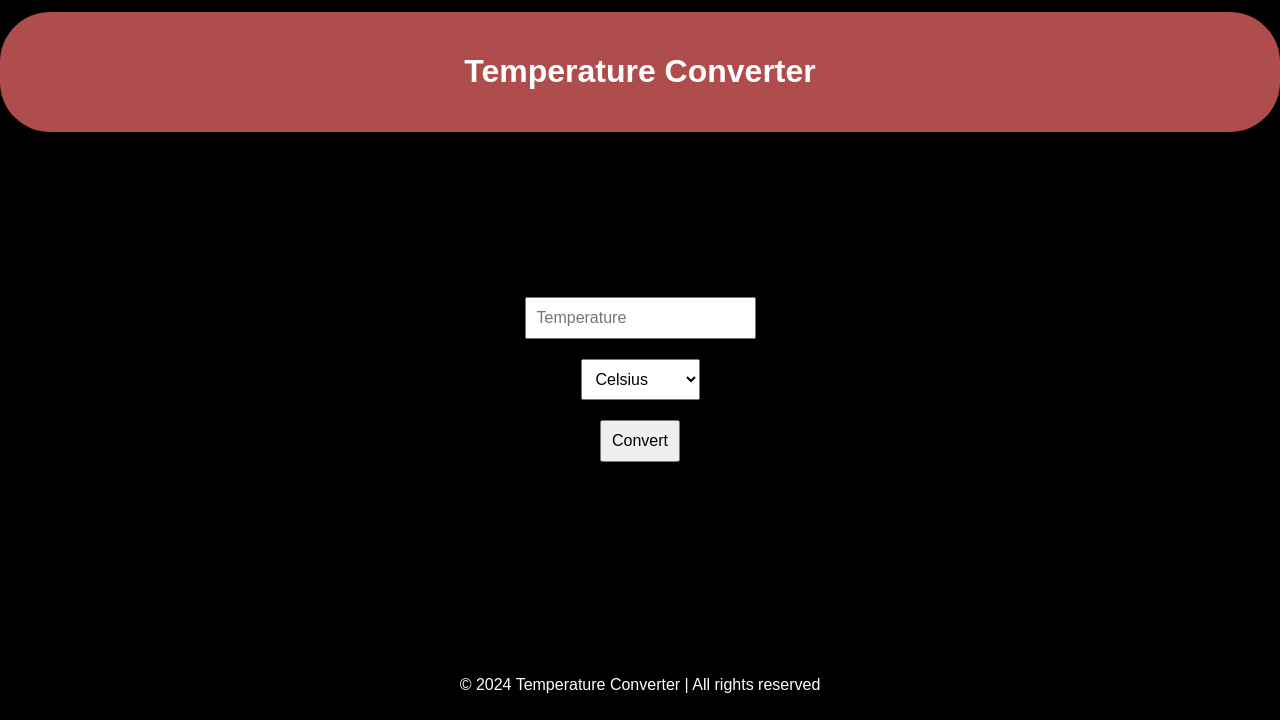
Repository: akhiranandan-04/Temperature-Converter
Page: index.html
The author's editor kept a copy of each file at every save. The page is drawn from the files as they stood at one save, then again after a run of saves.
The browser window is 1280 px wide. The pictures show the whole page.

Above is the page before, as saved 2024-10-19 13:14:41.

### index.html
<!DOCTYPE html>
<html lang="en">
<head>
    <meta charset="UTF-8">
    <meta name="viewport" content="width=device-width, initial-scale=1.0">
    <title>Temperature Converter</title>
    <link rel="stylesheet" href="style.css">
</head>
<body>
    <header>
        <h1>Temperature Converter</h1>
    </header>

    <div class="converter">
        <label for="tempInput">Enter Temperature:</label>
        <input type="number" id="tempInput" placeholder="Temperature">

        <select id="tempType">
            <option value="C">Celsius</option>
            <option value="F">Fahrenheit</option>
        </select>

        <button onclick="convertTemp()">Convert</button>

        <p id="result"></p>
    </div>

    <footer>
        <p>&copy; 2024 Temperature Converter | All rights reserved</p>
    </footer>

    <script src="script.js"></script>
</body>
</html>

### style.css
body {
    font-family: Arial, sans-serif;
    display: flex;
    flex-direction: column;
    justify-content: space-between;
    min-height: 100vh;
    margin: 0;
    background-color: black;
}

header {
    text-align: center;
    background-color: #af4c4c;
    padding: 20px;
    color: white;
    border-radius: 50px;
    margin-top: 12px;
}

.converter {
    display: flex;
    flex-direction: column;
    align-items: center;
    justify-content: center;
    flex: 1;
    background-color:black;
}

.converter input, .converter select, .converter button {
    margin: 10px;
    padding: 10px;
    font-size: 16px;
}

.converter p {
    font-size: 20px;
    font-weight: bold;
}

footer {
    text-align: center;
    padding: 10px;
    background-color: black;
    color: white;
}

### script.js
function convertTemp() {
    let temp = document.getElementById('tempInput').value;
    let tempType = document.getElementById('tempType').value;
    let resultText = '';

    if (temp === '') {
        resultText = 'Please enter a temperature!';
    } else {
        temp = parseFloat(temp);
        if (tempType === 'C') {
            // Celsius to Fahrenheit
            let convertedTemp = (temp * 9/5) + 32;
            resultText = `${temp}°C is ${convertedTemp.toFixed(2)}°F`;
        } else if (tempType === 'F') {
            // Fahrenheit to Celsius
            let convertedTemp = (temp - 32) * 5/9;
            resultText = `${temp}°F is ${convertedTemp.toFixed(2)}°C`;
        }
    }

    document.getElementById('result').innerText = resultText;
}

After the next 2 saves:
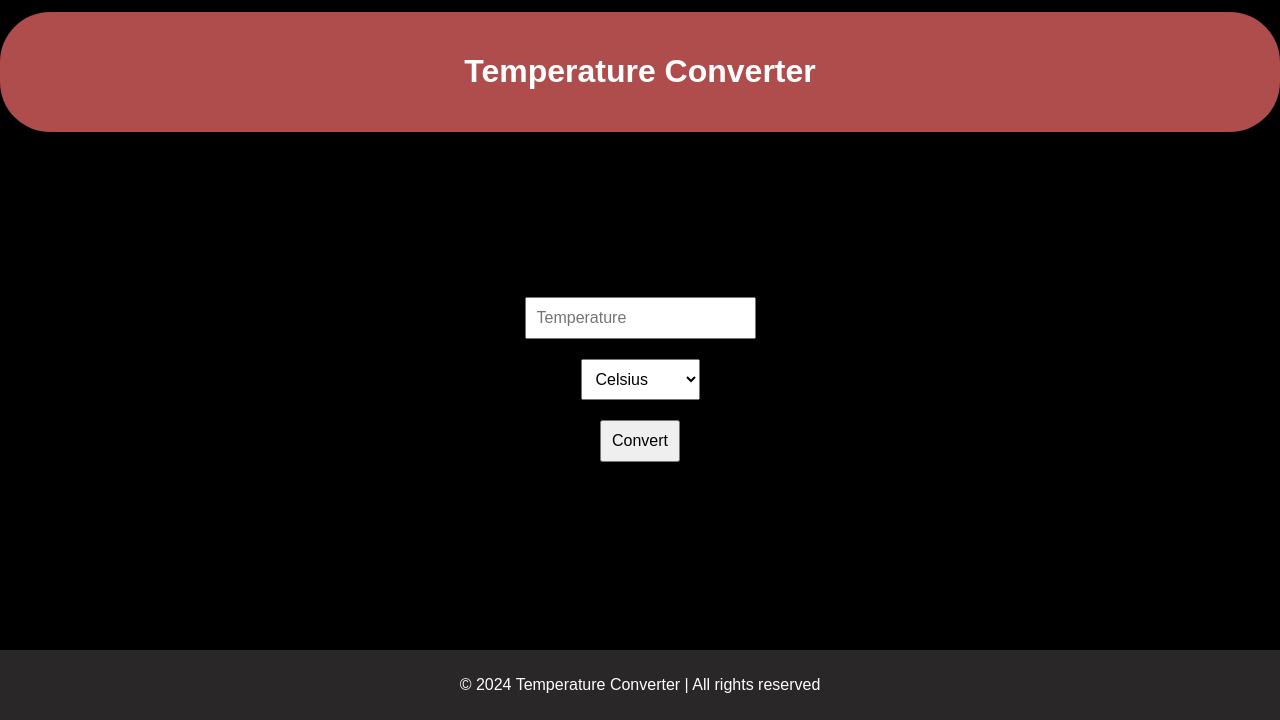
The 2 saves are shown as one change because they came seconds apart.
The last was saved 10 s later.
--- a/style.css
+++ b/style.css
@@ -40,6 +40,6 @@ header {
 footer {
     text-align: center;
     padding: 10px;
-    background-color: black;
+    background-color: rgb(41, 39, 39);
     color: white;
 }
